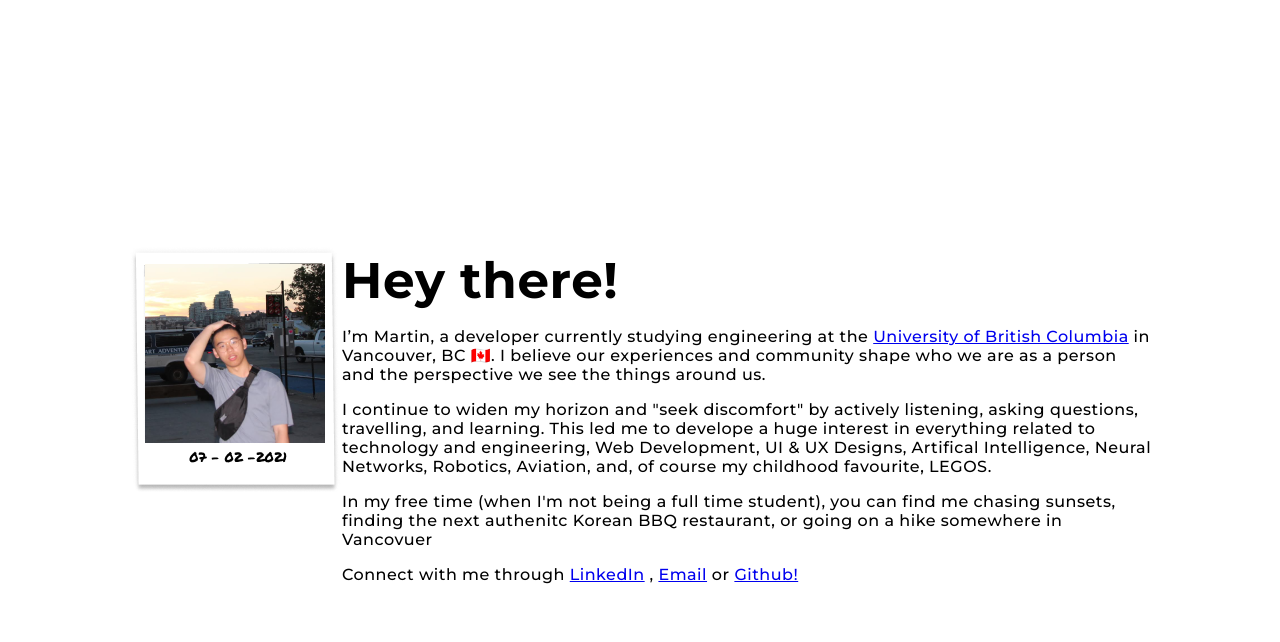
Repository: TangMartin/martintang
Page: pages/aboutme.html
These files come from the project's save history. The page is drawn as it stood at one moment and after the next save; the edit follows.
The browser window is 1280 px wide. The pictures show the whole page.

Above is the page before, as saved 2021-11-25 00:56:18.

After the next save:
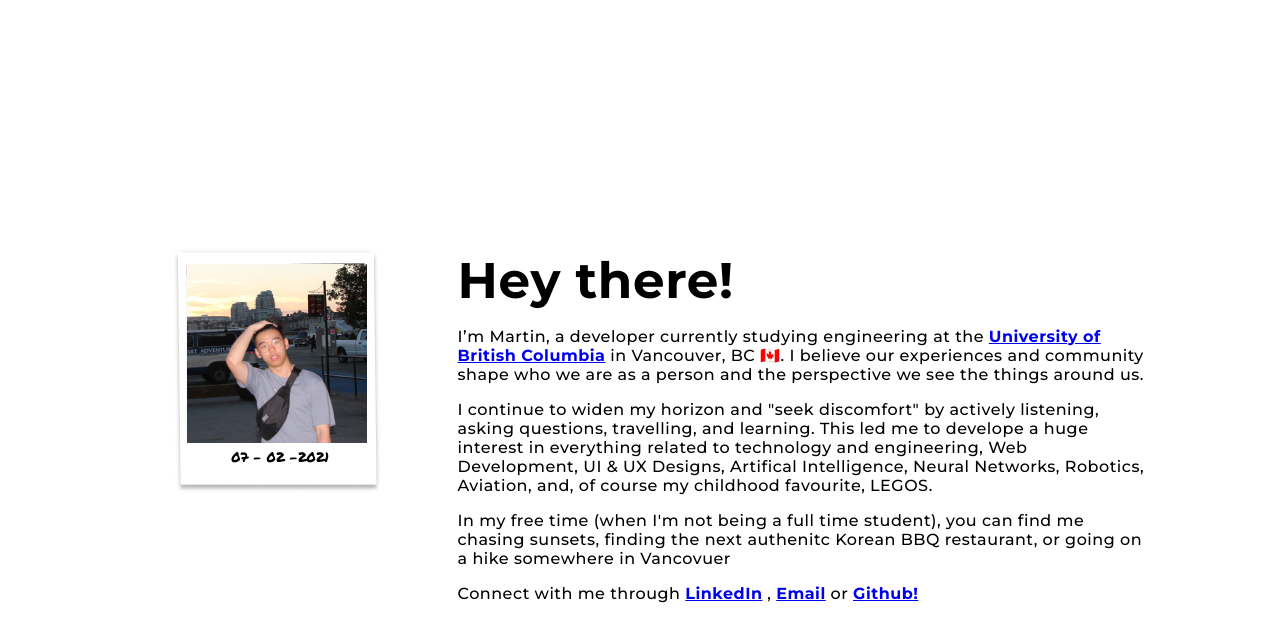
Saved 46 s later.
--- a/styles/style.css
+++ b/styles/style.css
@@ -68,10 +68,10 @@ h3 {
 }
 
 .wave {
-    animation-name: wave-animation;  /* Refers to the name of your @keyframes element below */
-    animation-duration: 2.5s;        /* Change to speed up or slow down */
-    animation-iteration-count: infinite;  /* Never stop waving :) */
-    transform-origin: 70% 70%;       /* Pivot around the bottom-left palm */
+    animation-name: wave-animation;
+    animation-duration: 2.5s;
+    animation-iteration-count: infinite;
+    transform-origin: 70% 70%;
     display: inline-block;
   }
 
@@ -85,6 +85,34 @@ h3 {
      60% { transform: rotate( 0.0deg) }  /* Reset for the last half to pause */
     100% { transform: rotate( 0.0deg) }
   }
+.fade-in1 {
+    opacity: 0;
+	animation: fadeIn;
+    animation-duration: 2s;
+    animation-fill-mode: forwards;
+}
+.fade-in2 {
+    opacity: 0;
+	animation: fadeIn;
+    animation-duration: 2s;
+    animation-delay: 1s;
+    animation-fill-mode: forwards;
+}
+.fade-in3 {
+    opacity: 0;
+	animation: fadeIn;
+    animation-duration: 3s;
+    animation-delay: 1.5s;
+    animation-fill-mode: forwards;
+}
+@keyframes fadeIn {
+  from {
+  	opacity: 0;
+  }
+  to {
+ 	opacity: 1;
+  }
+}
 
 /* FEATUERED WORK */
 .featured_work {
@@ -103,7 +131,12 @@ h3 {
 .work_item h1{
     margin-bottom: 1%;
 }
-
+.work_item h3{
+    margin-top: 3%;
+    font-weight: bold;
+    font-size: 14px;
+    color: var(--work-color);
+}
 .work_image {
     max-width: 100%;
 }
@@ -131,9 +164,27 @@ h3 {
     padding: 4px 9px 4px 9px;
     background: var(--work-color);
 }
-.work_item h3{
-    margin-top: 3%;
+/* ABOUT ME */
+.aboutme_image {
+    max-width: 120%;
+    max-height: 100%;
+    justify-content: center;
+    opacity: 0;
+	animation: fadeIn;
+    animation-duration: 2s;
+    animation-fill-mode: forwards;
+}
+.flexabout-left {
+    width: 30%;
+    padding-bottom: 2%;
+    display: flex;
+    justify-content: center;
+}
+.flexabout-right{
+    width: 70%;
+    padding-bottom: 2%;
+    padding-left: 2rem;
+}
+.flexabout-right a{
     font-weight: bold;
-    font-size: 14px;
-    color: var(--work-color);
 }
